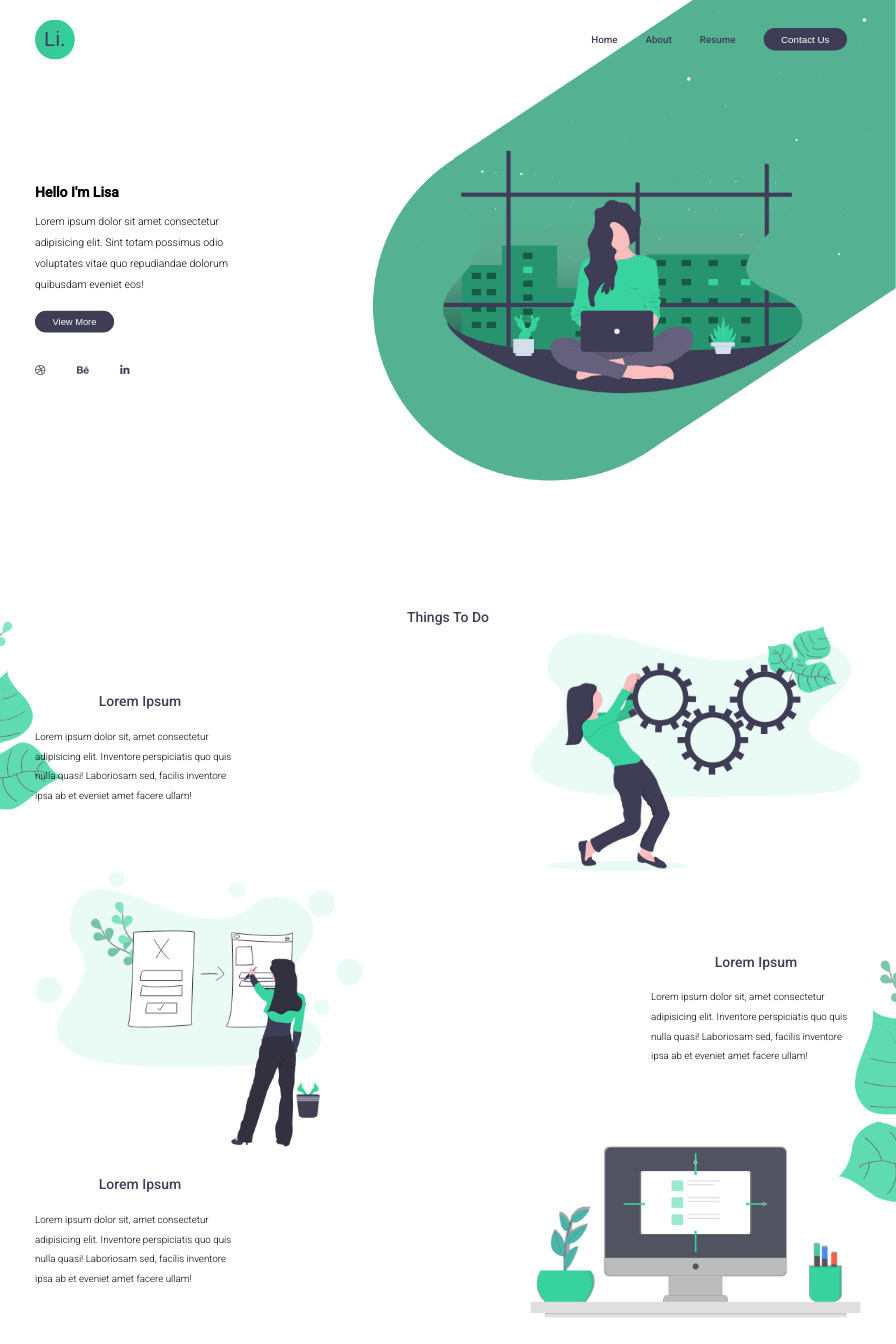
Repository: kebinh1235/porfolio-demo
Page: index.html
These files come from the project's save history. The page is drawn as it stood at one moment and after the next save; the edit follows.
The browser window is 1280 px wide. The pictures show the part of the page from y = 0 to 1920 px (the page is 3970 px tall), at 70% of full size.
Some web libraries are served in a nearby version.

Above is the page before, as saved 2021-10-21 13:35:55.
Console error: ReferenceError: AOS is not defined

After the next save:
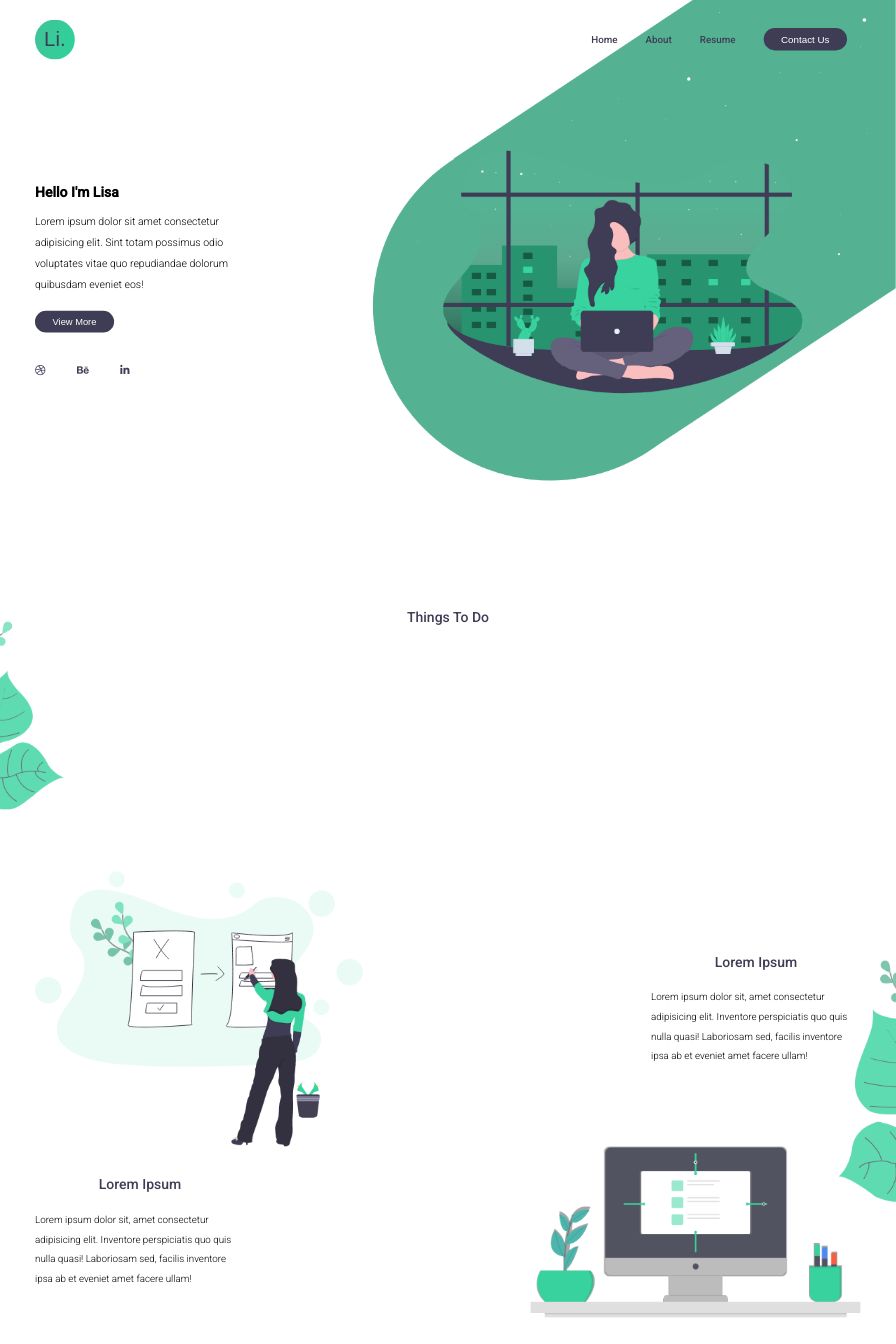
Saved 78 s later.
--- a/index.html
+++ b/index.html
@@ -66,7 +66,7 @@
       </div>
       <span>Things To Do</span>
       <!-- item 1 -->
-      <div class="things__item">
+      <div data-aos="fade-right" class="things__item">
         <!-- img -->
         <img src="./img/things-item-1.png" alt="Of Women">
         <!-- heading -->

After the 4 saves that followed:
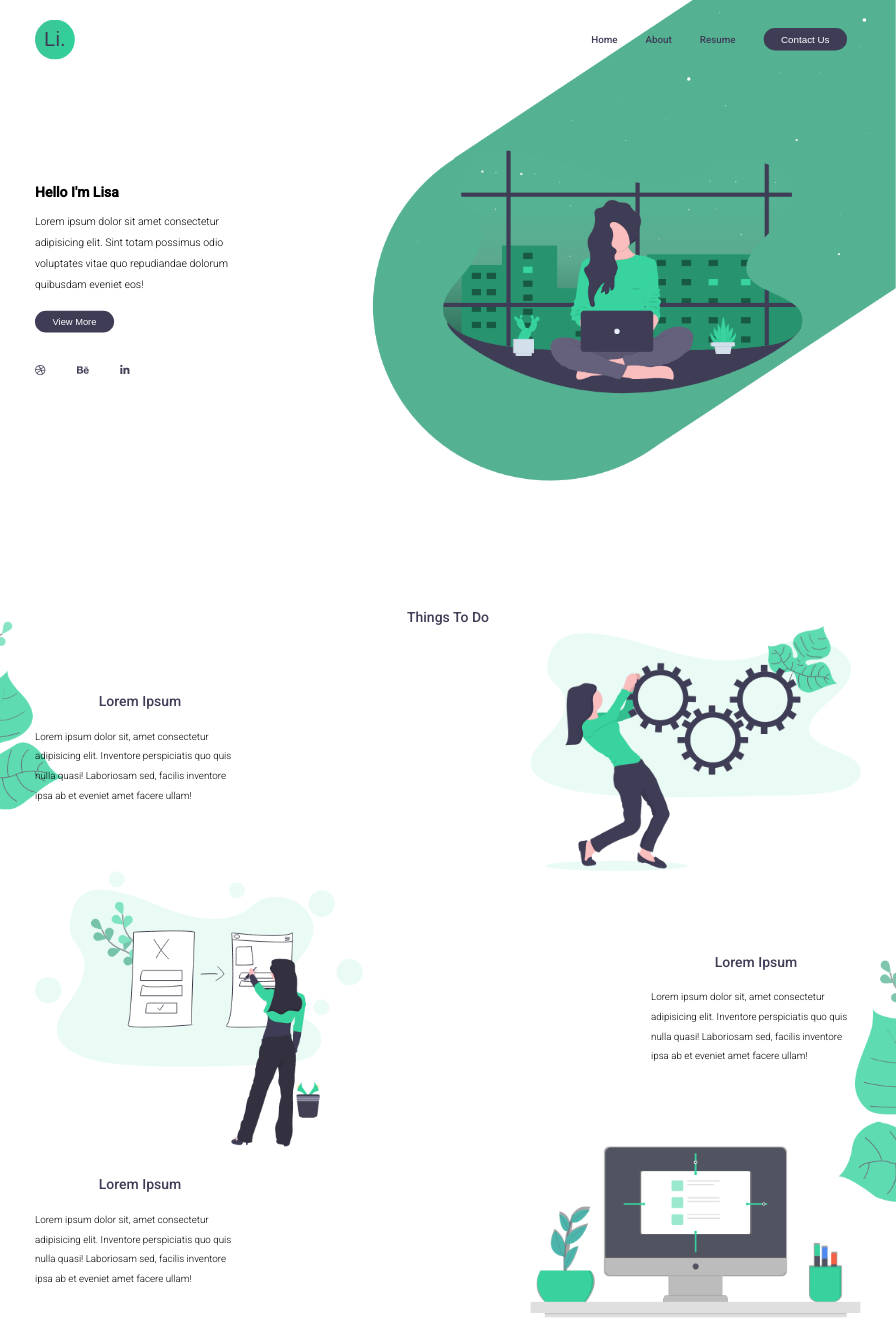
The error is gone.
The 4 saves are shown as one change because 3 left the picture as it was.
The last was saved 2 min 20 s later.
--- a/index.html
+++ b/index.html
@@ -7,7 +7,7 @@
   <title>Portfolio - 21/10/2021</title>
   <!--CSS-->
   <link rel="stylesheet" href="./css/style.css">
-  <link rel="stylesheet" href="https://cdnjs.cloudflare.com/ajax/libs/aos/2.3.4/aos.css"/>
+  <link href="https://unpkg.com/aos@2.3.1/dist/aos.css" rel="stylesheet">
 </head>
 <body>
   <div id="overlay"></div>
@@ -66,7 +66,7 @@
       </div>
       <span>Things To Do</span>
       <!-- item 1 -->
-      <div data-aos="fade-right" class="things__item">
+      <div data-aos="fade-right" data-aos-easing="ease-in-sine" data-aos-duration="2500" class="things__item">
         <!-- img -->
         <img src="./img/things-item-1.png" alt="Of Women">
         <!-- heading -->
@@ -165,6 +165,9 @@
   <script src="https://kit.fontawesome.com/5d1e581bbe.js" crossorigin="anonymous"></script>
   <!--JS-->
   <script src="./js/main.js"></script>
-  <script src="https://cdnjs.cloudflare.com/ajax/libs/aos/2.3.4/aos.js"></script>
+  <script src="https://unpkg.com/aos@2.3.1/dist/aos.js"></script>
+  <script>
+    AOS.init();
+  </script>
 </body>
 </html>
--- a/js/main.js
+++ b/js/main.js
@@ -12,4 +12,3 @@ overlay.addEventListener('click', () =>{
   menuIcon.classList.toggle('open');
   overlay.classList.toggle('show');
 })
-AOS.init();
